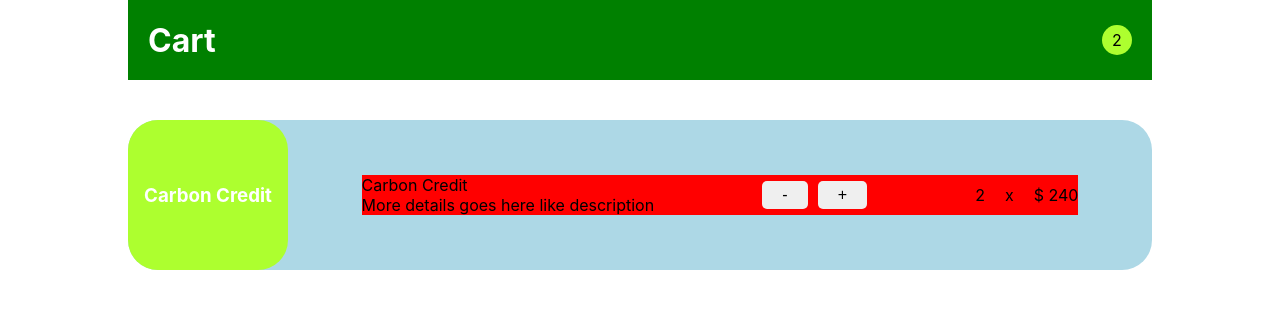
Repository: Yowani24/CarbonApp
Page: /cart
The author's editor kept a copy of each file at every save. The page is drawn from the files as they stood at one save, then again after the next save.
The browser window is 1280 px wide. The pictures show the whole page.
The project was rebuilt for these pictures with package versions that can differ from the ones it lists, and the page was loaded fresh each time. The framework's server and built-in components were replaced by stand-ins that run in the browser. Also part of the build but not shown: next.config.js.

Above is the page before, as saved 2021-09-26 20:39:28.

### pages/_app.js
import '../styles/globals.css'
import Cart from './cart';

function MyApp({ Component, pageProps }) {
  return (
    <>
      <Component {...pageProps} />
    </>
  );
}

export default MyApp

### pages/cart/index.js
import React from 'react';
import Head from 'next/head'

import styles from './Cart.module.css'

export default function Cart(props) {
    return (
        <>
          <Head>
              <title>Cart</title>
          </Head>
          <header>
              <div className={styles.interface}>
                    <div className={styles.header_content}>
                        <h1>Cart</h1>
                        <p>2</p>
                    </div>
              </div>
          </header>

          <section>
              <div className={styles.interface}>
                  <div className={styles.boxes}>
                      <div className={styles.content_box}>
                          <div className={styles.box}>
                              <h3>Carbon Credit</h3>
                          </div>

                          <div className={styles.product_details}>
                            <div className={styles.description}>
                                <p>Carbon Credit</p>
                                <p>More details goes here like description</p>
                            </div>

                            <div className={styles.quantity_controls}>
                                <button>-</button>
                                <button>+</button>
                            </div>

                            <div className={styles.current_money}>
                                <p>2</p>
                                <span>x</span>
                                <p>$ 240</p>
                            </div>
                          </div>
                      </div>
                  </div>
              </div>
          </section>
        </>
    )
}

### styles/globals.css
html,
body {
  padding: 0;
  margin: 0;
  font-family: -apple-system, BlinkMacSystemFont, Segoe UI, Roboto, Oxygen,
    Ubuntu, Cantarell, Fira Sans, Droid Sans, Helvetica Neue, sans-serif;
}

a {
  color: inherit;
  text-decoration: none;
}

* {
  margin: 0;
  box-sizing: border-box;
}

### pages/cart/Cart.module.css
.interface{
    width: 80%;
    margin: 0 auto;
}
.header_content{
    display: flex;
    justify-content: space-between;
    align-items: center;
    height: 80px;
    padding: 0 20px;
    background: green;
}
.header_content h1{
    color: #FFFFFF;
}
.header_content p{
    background: greenyellow;
    display: flex;
    justify-content: center;
    align-items:center;
    width: 30px;
    height: 30px;
    border-radius: 100%;
}


.boxes{
    margin-top: 40px;
}
.content_box{
    width: 100%;
    height: 150px;
    background:lightblue;
    border-radius: 30px;

    display: flex;
    align-items:center;
}
.box{
    width: 160px;
    background: greenyellow;
    height: 100%;
    border-radius: 30px;

    display: flex;
    justify-content: center;
    align-items: center;
    color: #FFFFFF;
}
.product_details{
    display: flex;
    justify-content: space-between;
    align-items: center;
    background: red;
    width: 70%;
    margin: 0 auto;
}
.quantity_controls button{
    border: none;
    padding: 5px 20px;
    margin: 0 5px;
    border-radius: 5px;
    font-size: 16px;
}
.quantity_controls button:active{
    background: gainsboro;
}
.current_money{
    display: flex;
}
.current_money span{
    padding: 0 20px;
}

After the next save:
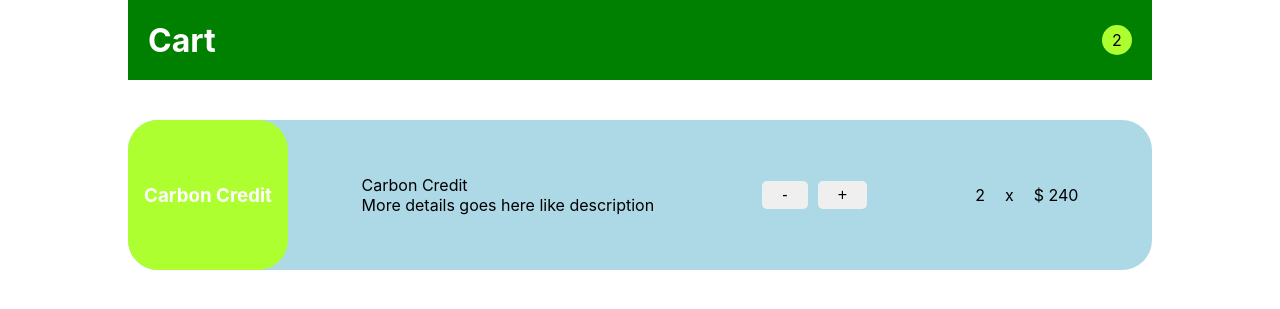
Saved 4 s later.
--- a/pages/cart/Cart.module.css
+++ b/pages/cart/Cart.module.css
@@ -51,7 +51,6 @@
     display: flex;
     justify-content: space-between;
     align-items: center;
-    background: red;
     width: 70%;
     margin: 0 auto;
 }
